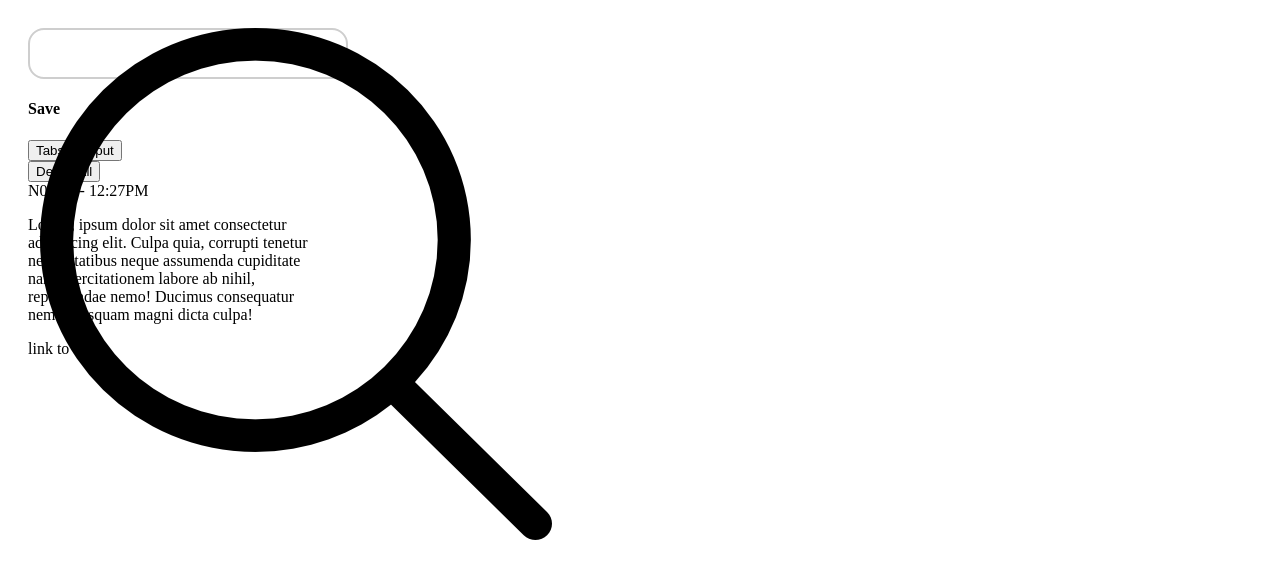
Repository: IdowuMicheal-1/Text-Tab-Organizer
Page: popup.html
An editor plug-in stored every save of this project. The page is shown before and after a run of saves, followed by the edit.
The browser window is 1280 px wide. The pictures show the whole page.

Above is the page before, as saved 2025-05-14 09:59:51.

### popup.html
<!DOCTYPE html>
<html lang="en">
  <head>
    <meta charset="UTF-8" />
    <meta name="viewport" content="width=device-width, initial-scale=1.0" />
    <link rel="stylesheet" href="./popup.css" />
    <title>Tabs</title>
  </head>
  <body>
    <div>
        <div class="input-div">
      <input type="text" class="text-ipt"/>
      <img src="./assets/search.png" class="search-icon"/>
      </div>
      <div>
        <div>
          <h4>Save</h4>
          <button>Tabs</button>
          <button>Input</button>
        </div>
        <button>Delete All</button>
      </div>
      <div>
        <div>N0v 20 - 12:27PM</div>

        <p>
          Lorem, ipsum dolor sit amet consectetur adipisicing elit. Culpa quia,
          corrupti tenetur necessitatibus neque assumenda cupiditate nam
          exercitationem labore ab nihil, repudiandae nemo! Ducimus consequatur
          nemo quisquam magni dicta culpa!
        </p>
        <p>link to site</p>
      </div>
    </div>
    <script src="./popup.js"></script>
  </body>
</html>

### popup.css
body {
  width: 300px;
  padding: 20px;
  height: 100px;
  min-height: 100px;
}

.input-div{
    position: relative;
}

.search-icon{
    position: absolute;
    top: 0;
    left: 12px;
    width: 16;
}

.text-ipt{
    width: 100%;
    border-radius: 16px;
    padding: 16px 8px;
    border: 2px solid rgb(206, 206, 206);
}

Loaded but not shown: popup.js (no copy from this time; the picture is the same without it)

After the next 2 saves:
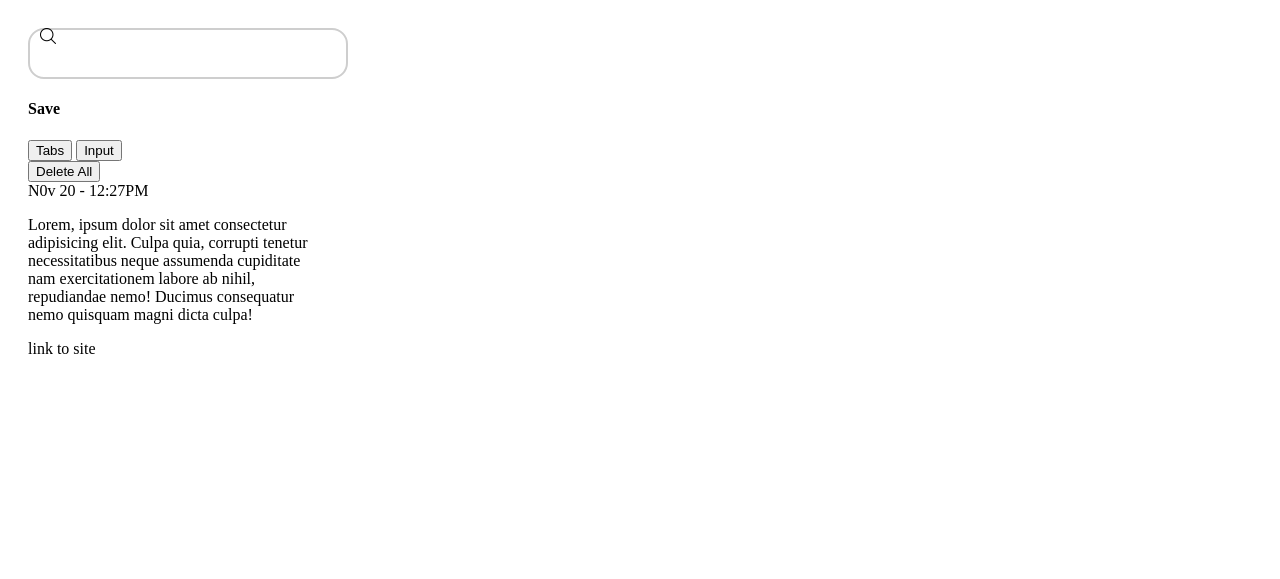
The 2 saves are shown as one change because they came seconds apart.
The last was saved 10 s later.
--- a/popup.css
+++ b/popup.css
@@ -13,7 +13,9 @@ body {
     position: absolute;
     top: 0;
     left: 12px;
-    width: 16;
+    width: 16px;
+    height: 16px;
+    color: ;
 }
 
 .text-ipt{
